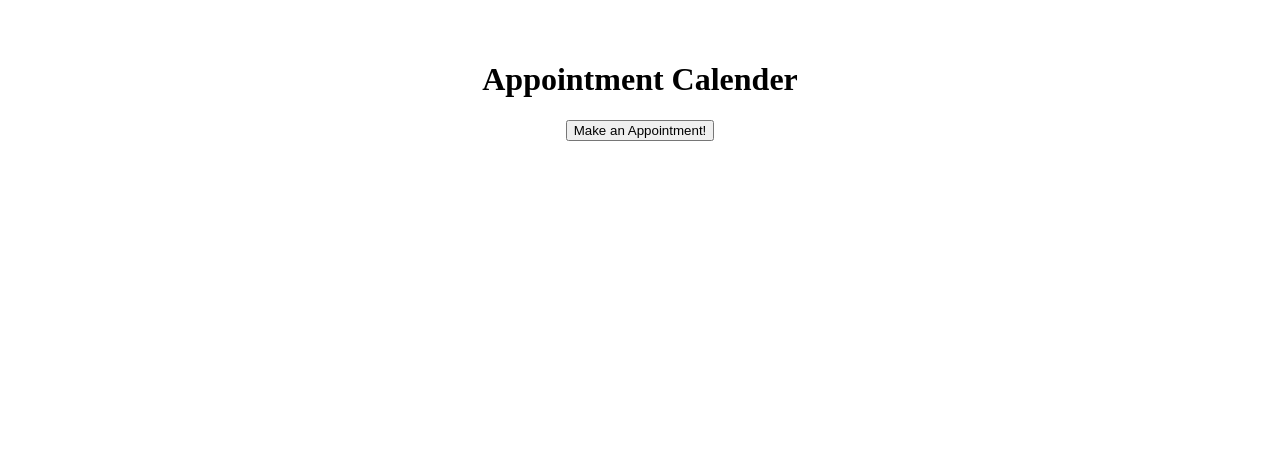
Repository: KennethEskandari/Appointment-Calender-
Page: / (app in Appointment-Calender/)
An editor plug-in stored every save of this project. The page is shown before and after a run of saves, followed by the edit.
The browser window is 1280 px wide. The pictures show the whole page.
The project was rebuilt for these pictures with package versions that can differ from the ones it lists, and the page was loaded fresh each time. Also part of the build but not shown: Appointment-Calender/vite.config.js, Appointment-Calender/src/index.css.

Above is the page before, as saved 2025-04-15 16:20:41.

After the next 2 saves:
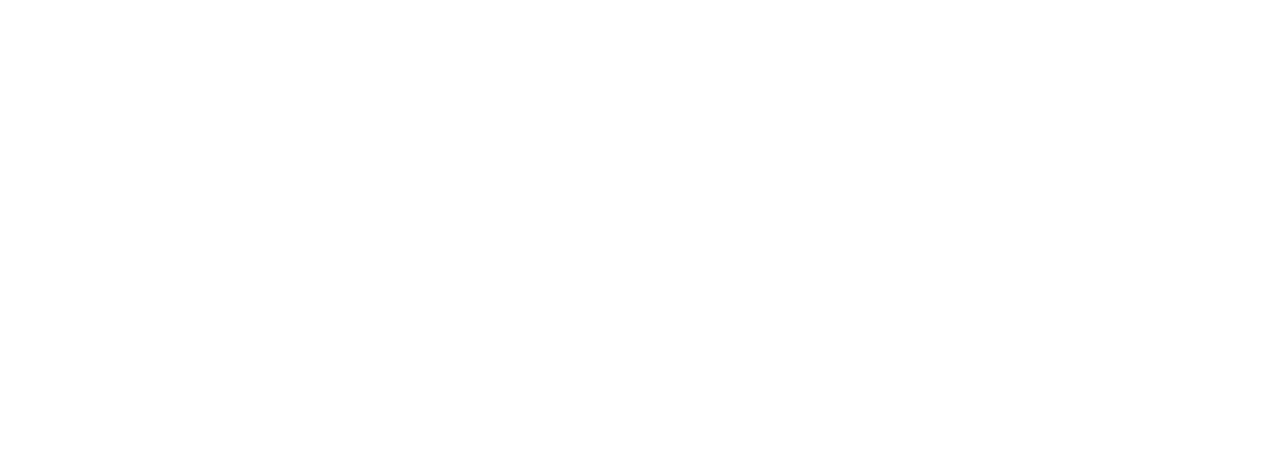
Console error: ReferenceError: setDate is not defined
The 2 saves are shown as one change because they came seconds apart.
The last was saved 32 s later.
--- a/Appointment-Calender/src/App.jsx
+++ b/Appointment-Calender/src/App.jsx
@@ -14,7 +14,7 @@
         <button className="bg-purple-500 hover:bg-purple-700 text-white font-bold py-2 px-4 rounded">
           Make an Appointment!
         </button>
-
+        <Calendar onChange={setDate} value={date} className="bg-white shadow-md rounded-lg p-4 mt-4" />
     </div>
 
   )

After the save that followed:
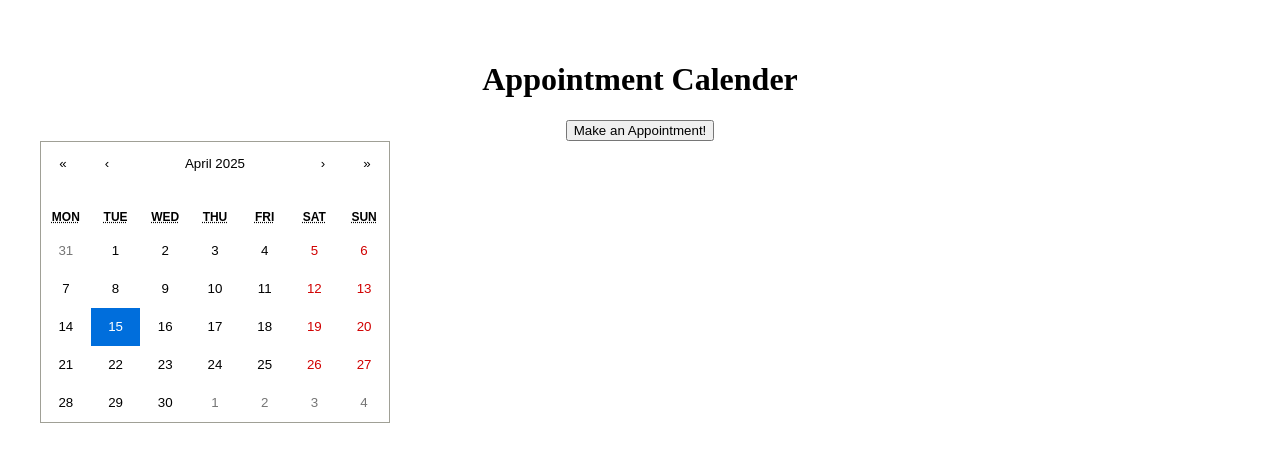
The error is gone.
Saved 45 s later.
--- a/Appointment-Calender/src/App.jsx
+++ b/Appointment-Calender/src/App.jsx
@@ -5,6 +5,7 @@
 import './App.css'
 
 function App() {
+  const [date, setDate] = useState(new Date())
 
   return (
     <div>
